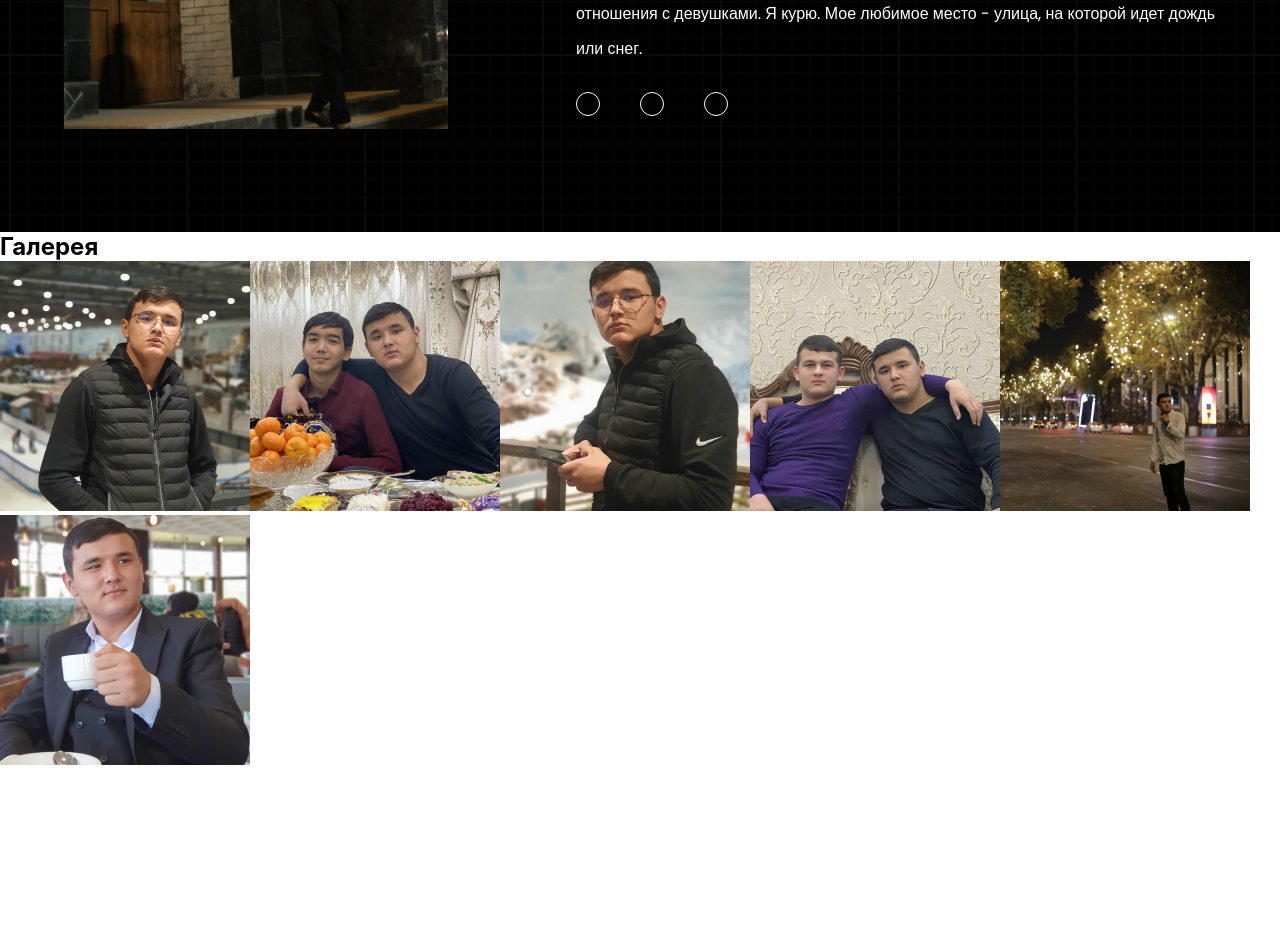
Repository: sardorexe/xishnik
Page: /
These files come from the project's save history. The page is drawn as it stood at one moment and after the next save; the edit follows.
The browser window is 1280 px wide. The pictures show the part of the page from y = 1208 to 2160 px (the page is 2160 px tall).
Some icons come from a web library that is not loaded, so they are not drawn. Some web libraries are served in a nearby version. The project was rebuilt for these pictures with package versions that can differ from the ones it lists, and the page was loaded fresh each time. Some packages were replaced by stand-ins written for this rebuild. The framework's server and built-in components were replaced by stand-ins that run in the browser. Also part of the build but not shown: next.config.js.

Above is the page before, as saved 2021-09-27 21:18:03.

After the next save:
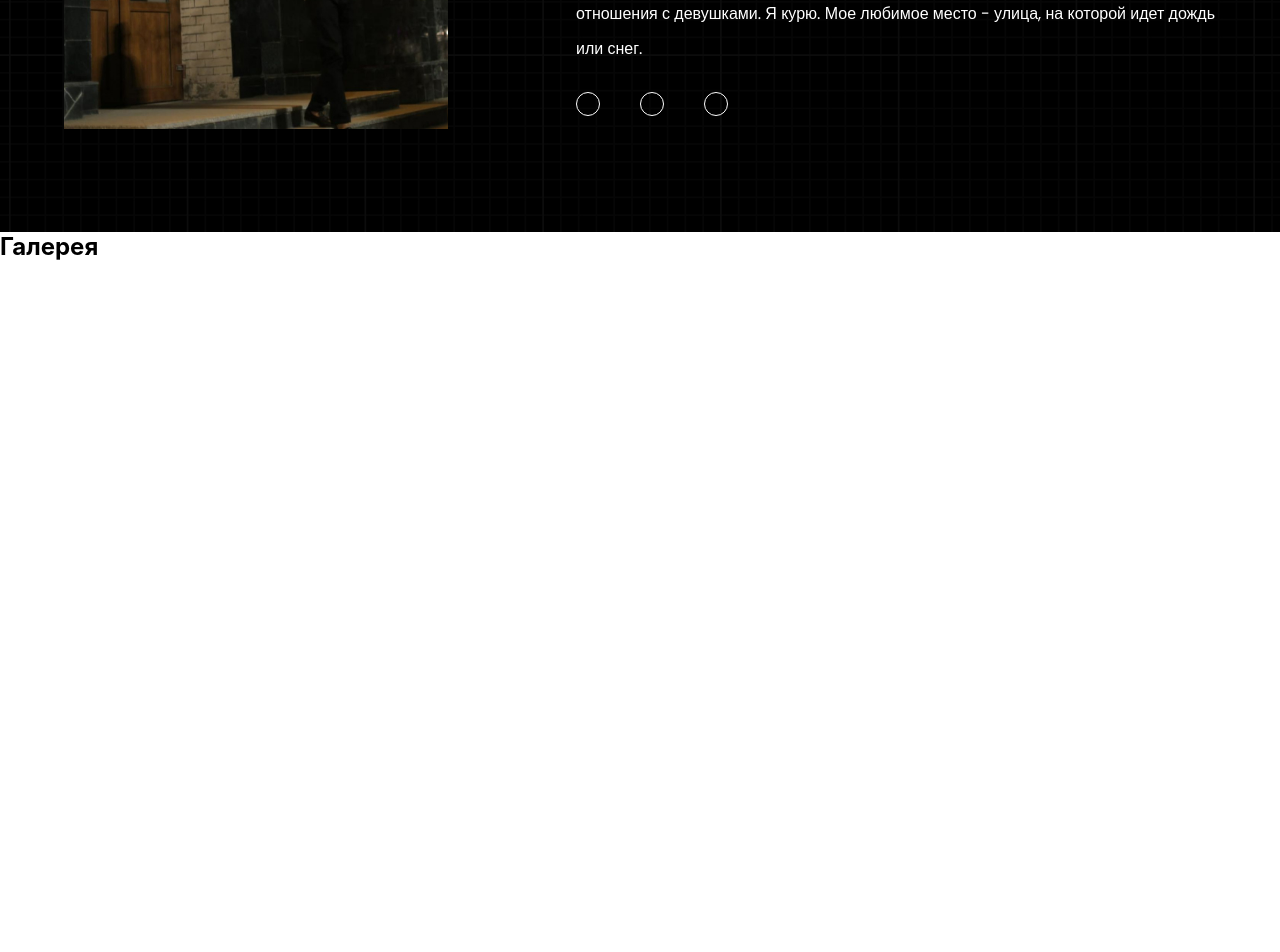
Saved 23 s later.
--- a/comps/Gallery.js
+++ b/comps/Gallery.js
@@ -6,30 +6,7 @@ export default function Gallery() {
       <h1 className={styles.title}>Галерея</h1>
       <div className={styles.photos}>
         <div className={styles.photo}>
-          <img
-            src="/gallery1.jpg"
-            alt="Xishnik jalla xishnik, ilhom, xiwnik, hishnik, hiwnik, litsey, yurist, xorazm, gurlan"
-          />
-          <img
-            src="/gallery2.jpg"
-            alt="Xishnik jalla xishnik, ilhom, xiwnik, hishnik, hiwnik, litsey, yurist, xorazm, gurlan"
-          />
-          <img
-            src="/gallery3.jpg"
-            alt="Xishnik jalla xishnik, ilhom, xiwnik, hishnik, hiwnik, litsey, yurist, xorazm, gurlan"
-          />
-          <img
-            src="/gallery4.jpg"
-            alt="Xishnik jalla xishnik, ilhom, xiwnik, hishnik, hiwnik, litsey, yurist, xorazm, gurlan"
-          />
-          <img
-            src="/gallery5.jpg"
-            alt="Xishnik jalla xishnik, ilhom, xiwnik, hishnik, hiwnik, litsey, yurist, xorazm, gurlan"
-          />
-          <img
-            src="/gallery6.jpg"
-            alt="Xishnik jalla xishnik, ilhom, xiwnik, hishnik, hiwnik, litsey, yurist, xorazm, gurlan"
-          />
+
         </div>
       </div>
     </section>
